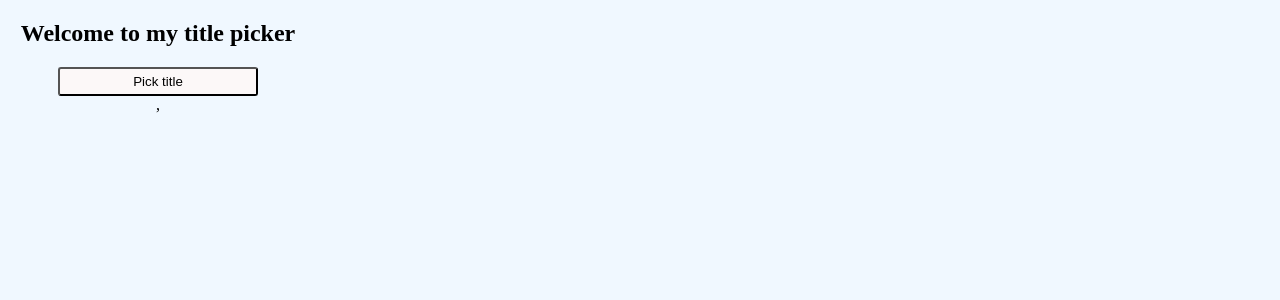
Repository: AishwaryaPandey987/Title-picker
Page: popup.html
The author's editor kept a copy of each file at every save. The page is drawn from the files as they stood at one save, then again after the next save.
The browser window is 1280 px wide. The pictures show the whole page.

Above is the page before, as saved 2022-10-19 11:54:55.

After the next save:
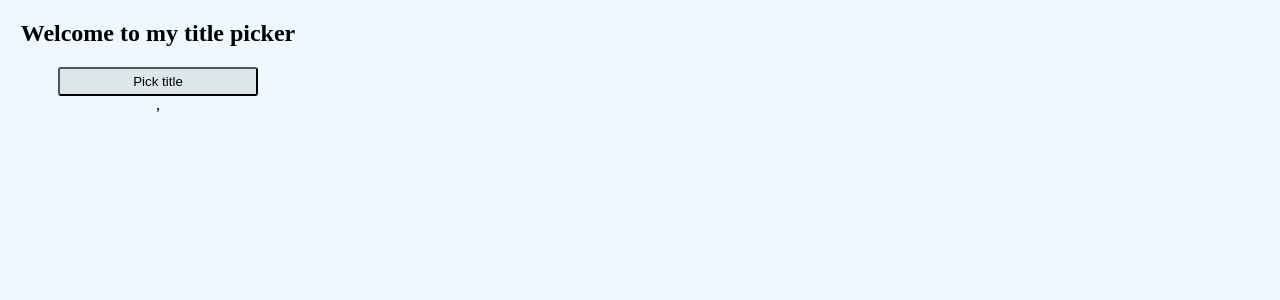
Saved 52 s later.
--- a/popup.css
+++ b/popup.css
@@ -15,7 +15,7 @@ body{
   border-color: black ;
   border-radius: 3px;
   padding: 5px;
-  background-color: rgb(252, 248, 248);
+  background-color: rgb(221, 230, 232);
   cursor: pointer;
 
 }
